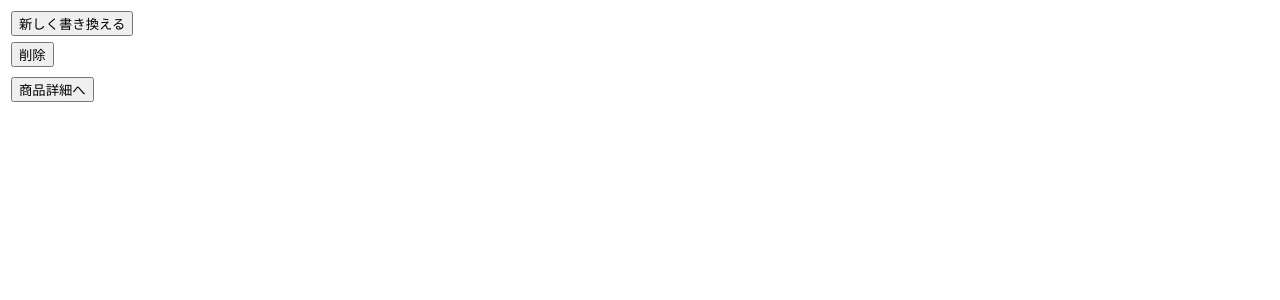
Repository: a4b3c2d1/backup
Page: http://localhost/sagaone-master/reviewCheck.jsp
These files come from the project's save history. The page is drawn as it stood at one moment and after the next save; the edit follows.
The browser window is 1280 px wide. The pictures show the whole page.
The page is served by Tomcat 9.

Above is the page before, as saved 2018-01-13 12:24:39.

After the next save:
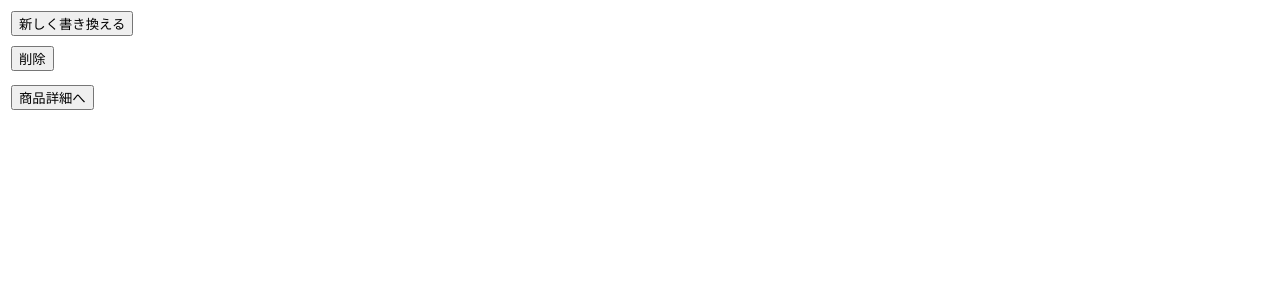
Saved 2 h 24 min later.
--- a/sagaone-master/WebContent/reviewCheck.jsp
+++ b/sagaone-master/WebContent/reviewCheck.jsp
@@ -21,11 +21,15 @@
 
 
 	<s:form action="ReviewChangeAction">
+
+
 		<s:submit value="新しく書き換える"></s:submit>
+		<td><input type="hidden" name="changeflg" value="1"></input></td>
 	</s:form>
 
 	<s:form action="ReviewDeleteAction">
 		<s:submit value="削除"></s:submit>
+		<td><input type="hidden" name="changeflg" value="1"></input></td>
 	</s:form>
 
 
